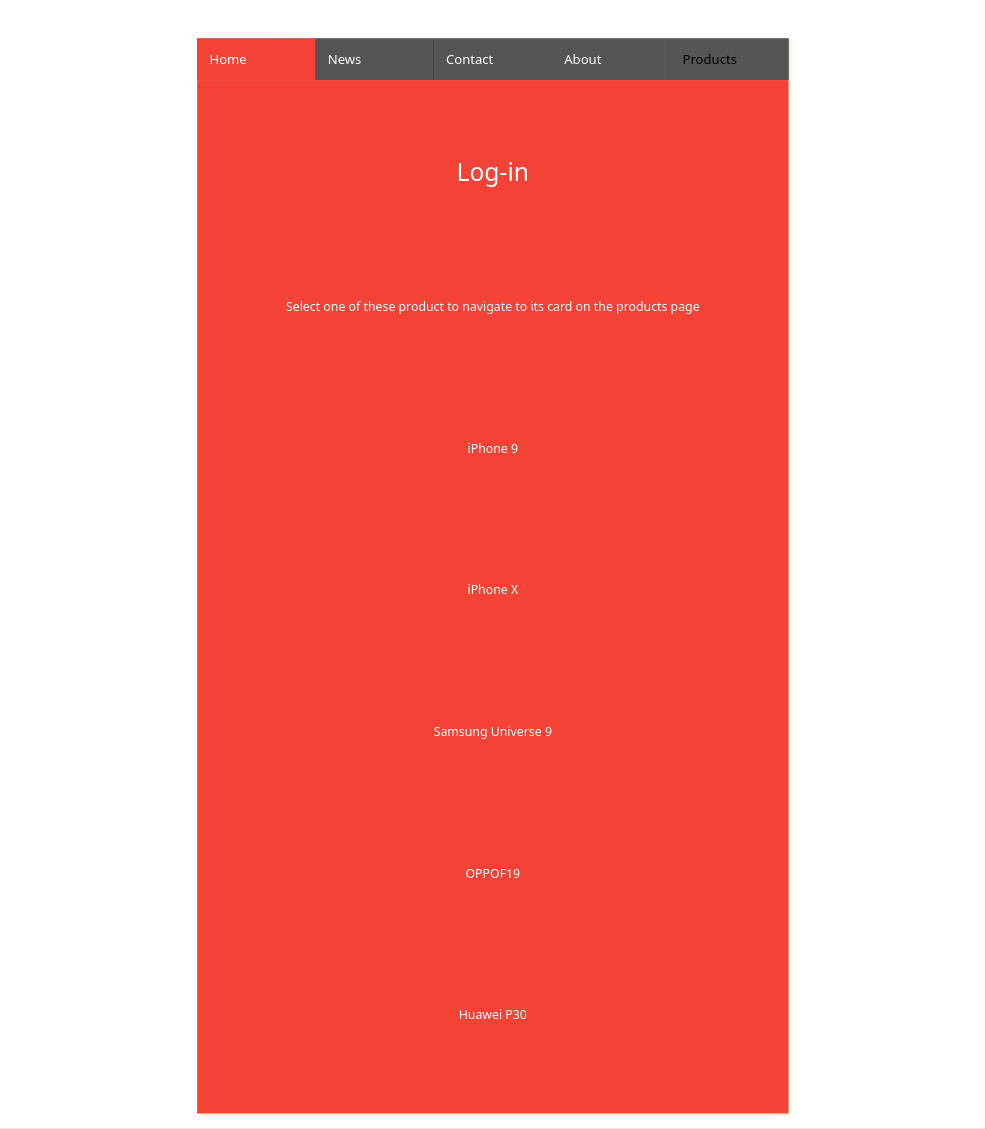
Repository: JasonMorta/basicPlus-rouets
Page: /
An editor plug-in stored every save of this project. The page is shown before and after the next save, followed by the edit.
The browser window is 1280 px wide. The pictures show the whole page, at 77% of full size.
Some web fonts or font styles are not loaded; a fallback is used. The project was rebuilt for these pictures with package versions that can differ from the ones it lists, and the page was loaded fresh each time. Also part of the build but not shown: src/pages/news.css, src/pages/News.jsx, src/pages/About.jsx, src/pages/Hooks/UseRefHook.jsx, src/pages/Contact.jsx, src/pages/List.jsx, src/pages/ProductPreview.jsx, src/pages/Products.jsx.

Above is the page before, as saved 2023-04-01 19:28:36.

After the next save:
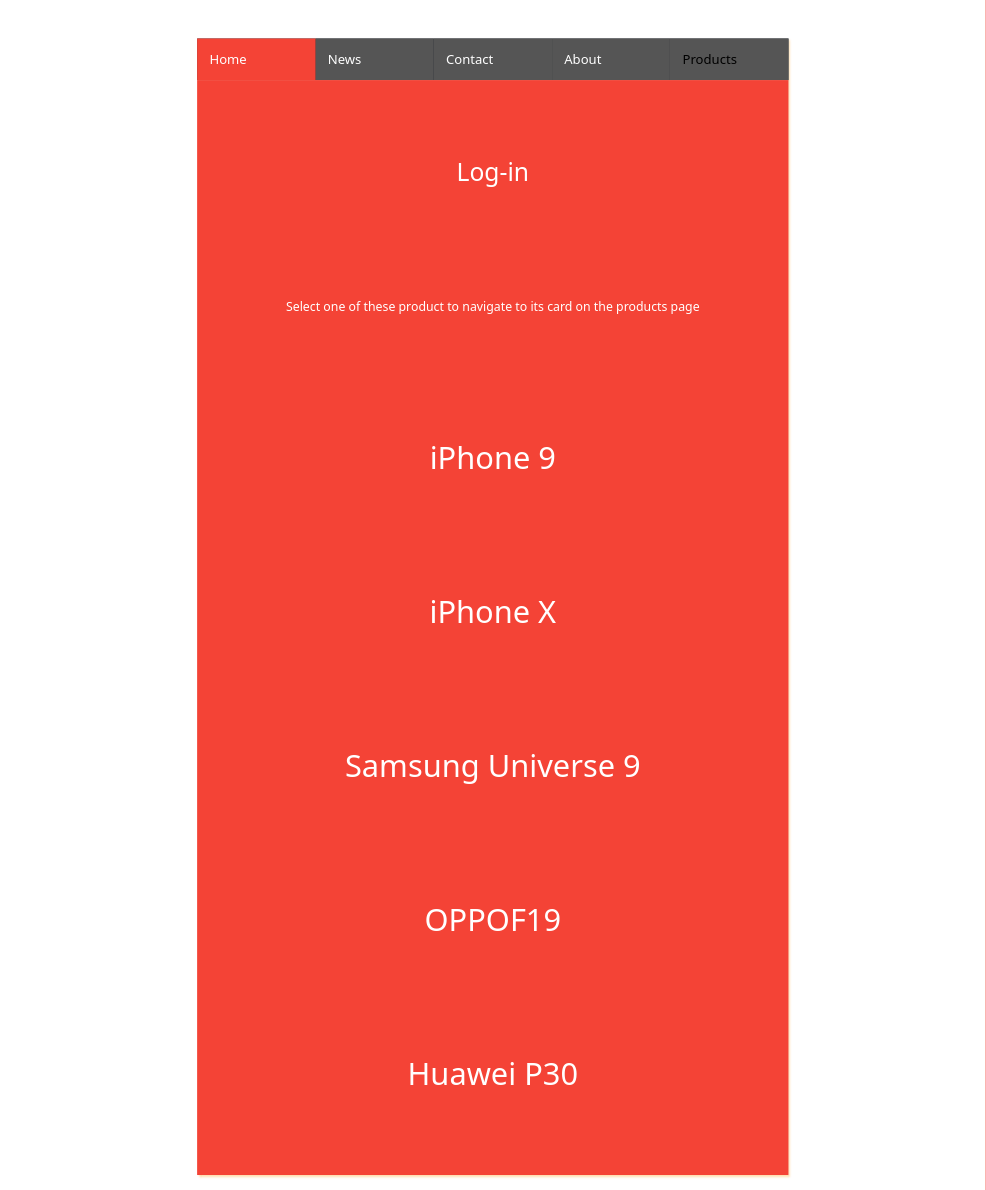
Saved 46 s later.
--- a/src/pages/Home.jsx
+++ b/src/pages/Home.jsx
@@ -12,7 +12,7 @@
          <h3>Log-in</h3>
          <p>Select one of these product to navigate to its card on the products page</p>
          {products.map((item, i)=>(
-          <p onClick={()=> nav(`/products`, {state: {item: item}})} key={i}>{item.title}</p>
+          <h1 onClick={()=> nav(`/products`, {state: {item: item}})} key={i}>{item.title}</h1>
          ))}
       </div>
     </div>
